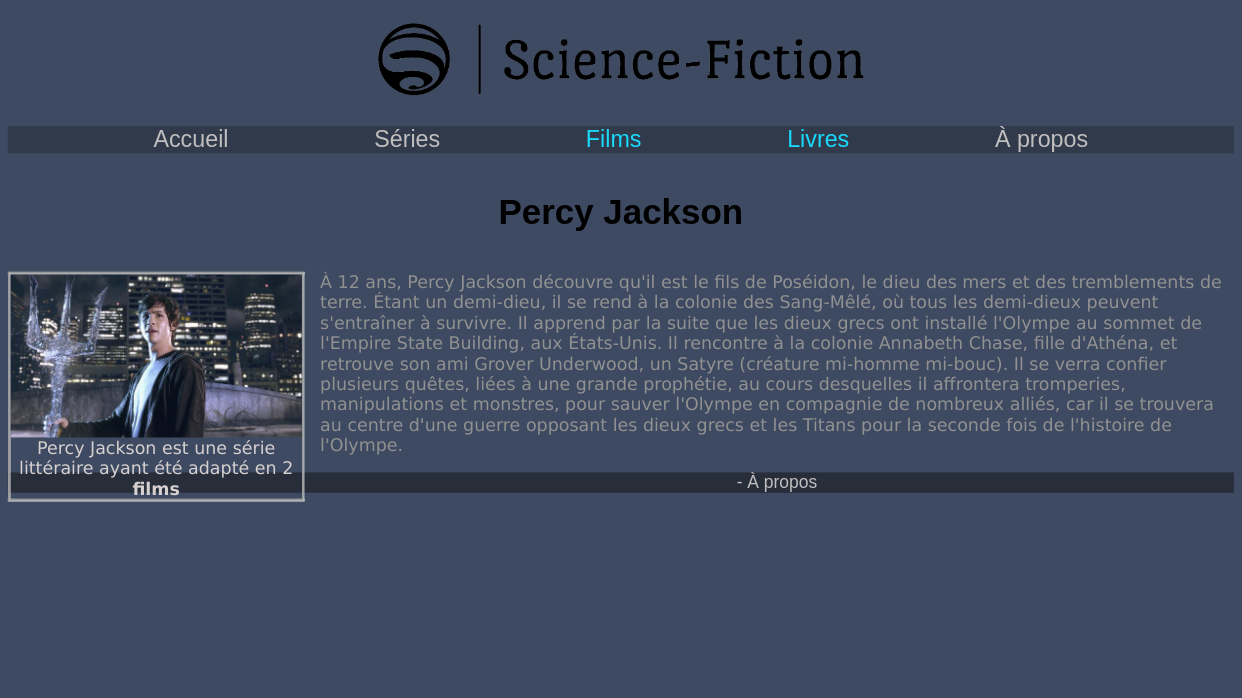
Repository: Emalios/Projet-Web
Page: html/livres/percy-jackson.html
The author's editor kept a copy of each file at every save. The page is drawn from the files as they stood at one save, then again after the next save.
The browser window is 1280 px wide. The pictures show the whole page, at 97% of full size.

Above is the page before, as saved 2020-11-11 20:54:20.

### html/livres/percy-jackson.html
<!DOCTYPE html>
<html lang="fr" dir="ltr">

<head>
  <meta charset="utf-8">
  <meta name="viewport" content="width=device-width, initial-scale=1.0">
  <title>Percy Jackson</title>
  <link rel="icon" href="../../images/small_icon.png" type="image/png">
  <link rel="stylesheet" href="../../css/common.css">
  <link rel="stylesheet" href="../../css/description.css">
</head>

<body>
  <header>
    <img id="logo" src="../../images/logo_large.png" alt="logo de Science-fiction">

    <nav class="navbar">
      <a href="../../index.html" class="nav-link">Accueil</a></li>
      <a href="../series.html" class="nav-link">Séries</a></li>
      <a href="../films.html" id="active" class="nav-link">Films</a></li>
      <a href="../livres.html" id="active" class="nav-link">Livres</a></li>
      <a href="../a-propos.html" class="nav-link">À propos</a></li>
    </nav>
  </header>
  <h1 id="title">Percy Jackson</h1>
  <figure class="figure_descriptive">
    <img class="image_descriptive" alt="Percy Jackson et le trident de Poséidon" src="../../images/page-film/percy-jackson-trident-scene.jpg" />
    <figcaption class="description">Percy Jackson est une série littéraire ayant été adapté en 2 <b>films</b></figcaption>
  </figure>
  <main>
  <p class="resume">
    À 12 ans, Percy Jackson découvre qu'il est le fils de Poséidon, le dieu des mers et des tremblements de terre. Étant un demi-dieu, il se rend à la colonie des Sang-Mêlé, où tous les demi-dieux peuvent s'entraîner à survivre. Il apprend par la
    suite que les dieux grecs ont installé l'Olympe au sommet de l'Empire State Building, aux États-Unis. Il rencontre à la colonie Annabeth Chase, fille d'Athéna, et retrouve son ami Grover Underwood, un Satyre (créature mi-homme mi-bouc). Il se
    verra confier plusieurs quêtes, liées à une grande prophétie, au cours desquelles il affrontera tromperies, manipulations et monstres, pour sauver l'Olympe en compagnie de nombreux alliés, car il se trouvera au centre d'une guerre opposant les
    dieux grecs et les Titans pour la seconde fois de l'histoire de l'Olympe.
  </p>
  </main>
  <footer><a href="../a-propos.html" class="footer-link">- À propos</a></footer>


</body>

</html>

### css/common.css
body {
  background-color: #3e4a61;
  font-size: 18px;
  font-family: "Source Sans Pro", sans-serif;
}

#logo {
  display: block;
  margin-left: auto;
  margin-right: auto;
  padding-top: 1rem;
  padding-bottom: 2rem;
  max-width: 500px;
}

ul {
  list-style: none outside none;
}

.navbar {
  font-size: 24px;
  display: flex;
  flex-wrap: wrap;
  justify-content: space-evenly;
  padding: 0;
  background-color: #313a4b;
}

.nav-link, .footer-link {
  text-decoration: none;
  color: #c0bebe;
}

.nav-link:hover {
  color: #19dafa;
}

#active {
  color: #19dafa !important;
}

#title {
  text-align: center;
  padding: 1rem;
}

footer {
  background-color: #272e3a;
  text-align: center;
}

@media all and (max-width: 700px) {
  #logo {
    display: block;
    margin-left: auto;
    margin-right: auto;
    padding-top: 1em;
    width: 85%;
    max-width: 500px;
  }

}

### css/description.css
.resume, .description {
  color: #919191;
  font-family: Verdana, sans-serif;
}

.description {
    color: #d6d0d0;
}

.figure_descriptive {
    margin: 0;
    margin-right: 1rem;
    width: min-content;
    display: flex;
    flex-direction: column;
    float: left;
    text-align: center;
    border-style: groove;
}

.description {
  margin: 0;
  width: 100%;
  text-align: center;
}

.image_descriptive {
  float: left;
  width: 100%;
  min-width: 300px;
}

After the next save:
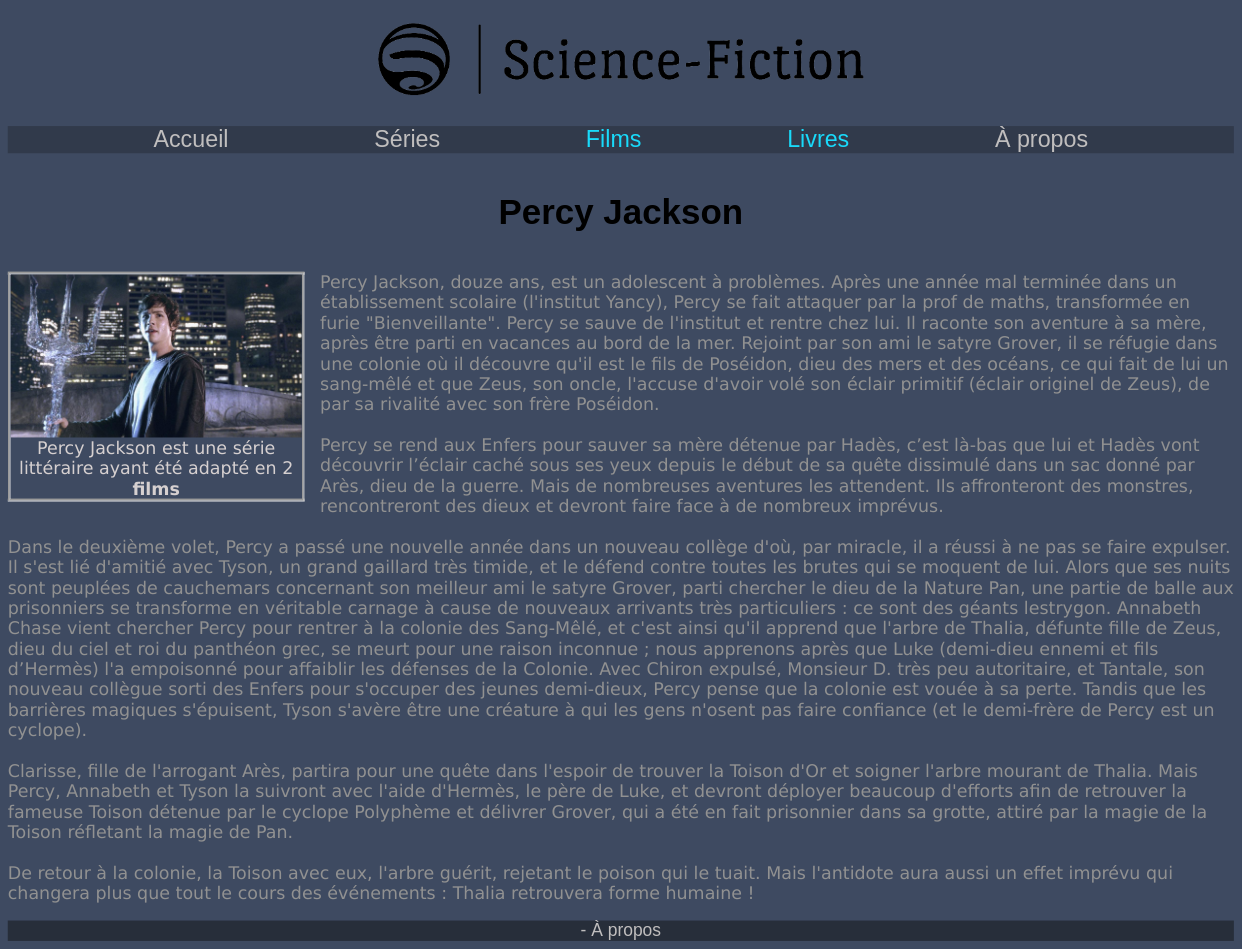
Saved 13 s later.
--- a/html/livres/percy-jackson.html
+++ b/html/livres/percy-jackson.html
@@ -15,11 +15,11 @@
     <img id="logo" src="../../images/logo_large.png" alt="logo de Science-fiction">
 
     <nav class="navbar">
-      <a href="../../index.html" class="nav-link">Accueil</a></li>
-      <a href="../series.html" class="nav-link">Séries</a></li>
-      <a href="../films.html" id="active" class="nav-link">Films</a></li>
-      <a href="../livres.html" id="active" class="nav-link">Livres</a></li>
-      <a href="../a-propos.html" class="nav-link">À propos</a></li>
+      <a href="../../index.html" class="nav-link">Accueil</a>
+      <a href="../series.html" class="nav-link">Séries</a>
+      <a href="../films.html" id="active" class="nav-link">Films</a>
+      <a href="../livres.html" id="active" class="nav-link">Livres</a>
+      <a href="../a-propos.html" class="nav-link">À propos</a>
     </nav>
   </header>
   <h1 id="title">Percy Jackson</h1>
@@ -28,12 +28,25 @@
     <figcaption class="description">Percy Jackson est une série littéraire ayant été adapté en 2 <b>films</b></figcaption>
   </figure>
   <main>
-  <p class="resume">
-    À 12 ans, Percy Jackson découvre qu'il est le fils de Poséidon, le dieu des mers et des tremblements de terre. Étant un demi-dieu, il se rend à la colonie des Sang-Mêlé, où tous les demi-dieux peuvent s'entraîner à survivre. Il apprend par la
-    suite que les dieux grecs ont installé l'Olympe au sommet de l'Empire State Building, aux États-Unis. Il rencontre à la colonie Annabeth Chase, fille d'Athéna, et retrouve son ami Grover Underwood, un Satyre (créature mi-homme mi-bouc). Il se
-    verra confier plusieurs quêtes, liées à une grande prophétie, au cours desquelles il affrontera tromperies, manipulations et monstres, pour sauver l'Olympe en compagnie de nombreux alliés, car il se trouvera au centre d'une guerre opposant les
-    dieux grecs et les Titans pour la seconde fois de l'histoire de l'Olympe.
-  </p>
+    <p class="resume">
+      Percy Jackson, douze ans, est un adolescent à problèmes. Après une année mal terminée dans un établissement scolaire (l'institut Yancy), Percy se fait attaquer par la prof de maths, transformée en furie "Bienveillante". Percy se sauve de
+      l'institut et rentre chez lui. Il raconte son aventure à sa mère, après être parti en vacances au bord de la mer. Rejoint par son ami le satyre Grover, il se réfugie dans une colonie où il découvre qu'il est le fils de Poséidon, dieu des mers
+      et des océans, ce qui fait de lui un sang-mêlé et que Zeus, son oncle, l'accuse d'avoir volé son éclair primitif (éclair originel de Zeus), de par sa rivalité avec son frère Poséidon.</br></br>
+
+      Percy se rend aux Enfers pour sauver sa mère détenue par Hadès, c’est là-bas que lui et Hadès vont découvrir l’éclair caché sous ses yeux depuis le début de sa quête dissimulé dans un sac donné par Arès, dieu de la guerre. Mais de nombreuses
+      aventures les attendent. Ils affronteront des monstres, rencontreront des dieux et devront faire face à de nombreux imprévus.</br></br>
+      Dans le deuxième volet, Percy a passé une nouvelle année dans un nouveau collège d'où, par miracle, il a réussi à ne pas se faire expulser. Il s'est lié d'amitié avec Tyson, un grand gaillard très timide, et le défend contre toutes les brutes
+      qui se moquent de lui. Alors que ses nuits sont peuplées de cauchemars concernant son meilleur ami le satyre Grover, parti chercher le dieu de la Nature Pan, une partie de balle aux prisonniers se transforme en véritable carnage à cause de
+      nouveaux arrivants très particuliers : ce sont des géants lestrygon. Annabeth Chase vient chercher Percy pour rentrer à la colonie des Sang-Mêlé, et c'est ainsi qu'il apprend que l'arbre de Thalia, défunte fille de Zeus, dieu du ciel et roi du
+      panthéon grec, se meurt pour une raison inconnue ; nous apprenons après que Luke (demi-dieu ennemi et fils d’Hermès) l'a empoisonné pour affaiblir les défenses de la Colonie. Avec Chiron expulsé, Monsieur D. très peu autoritaire, et Tantale,
+      son nouveau collègue sorti des Enfers pour s'occuper des jeunes demi-dieux, Percy pense que la colonie est vouée à sa perte. Tandis que les barrières magiques s'épuisent, Tyson s'avère être une créature à qui les gens n'osent pas faire
+      confiance (et le demi-frère de Percy est un cyclope).</br></br>
+
+      Clarisse, fille de l'arrogant Arès, partira pour une quête dans l'espoir de trouver la Toison d'Or et soigner l'arbre mourant de Thalia. Mais Percy, Annabeth et Tyson la suivront avec l'aide d'Hermès, le père de Luke, et devront déployer
+      beaucoup d'efforts afin de retrouver la fameuse Toison détenue par le cyclope Polyphème et délivrer Grover, qui a été en fait prisonnier dans sa grotte, attiré par la magie de la Toison réfletant la magie de Pan.</br></br>
+
+      De retour à la colonie, la Toison avec eux, l'arbre guérit, rejetant le poison qui le tuait. Mais l'antidote aura aussi un effet imprévu qui changera plus que tout le cours des événements : Thalia retrouvera forme humaine !
+    </p>
   </main>
   <footer><a href="../a-propos.html" class="footer-link">- À propos</a></footer>
 
